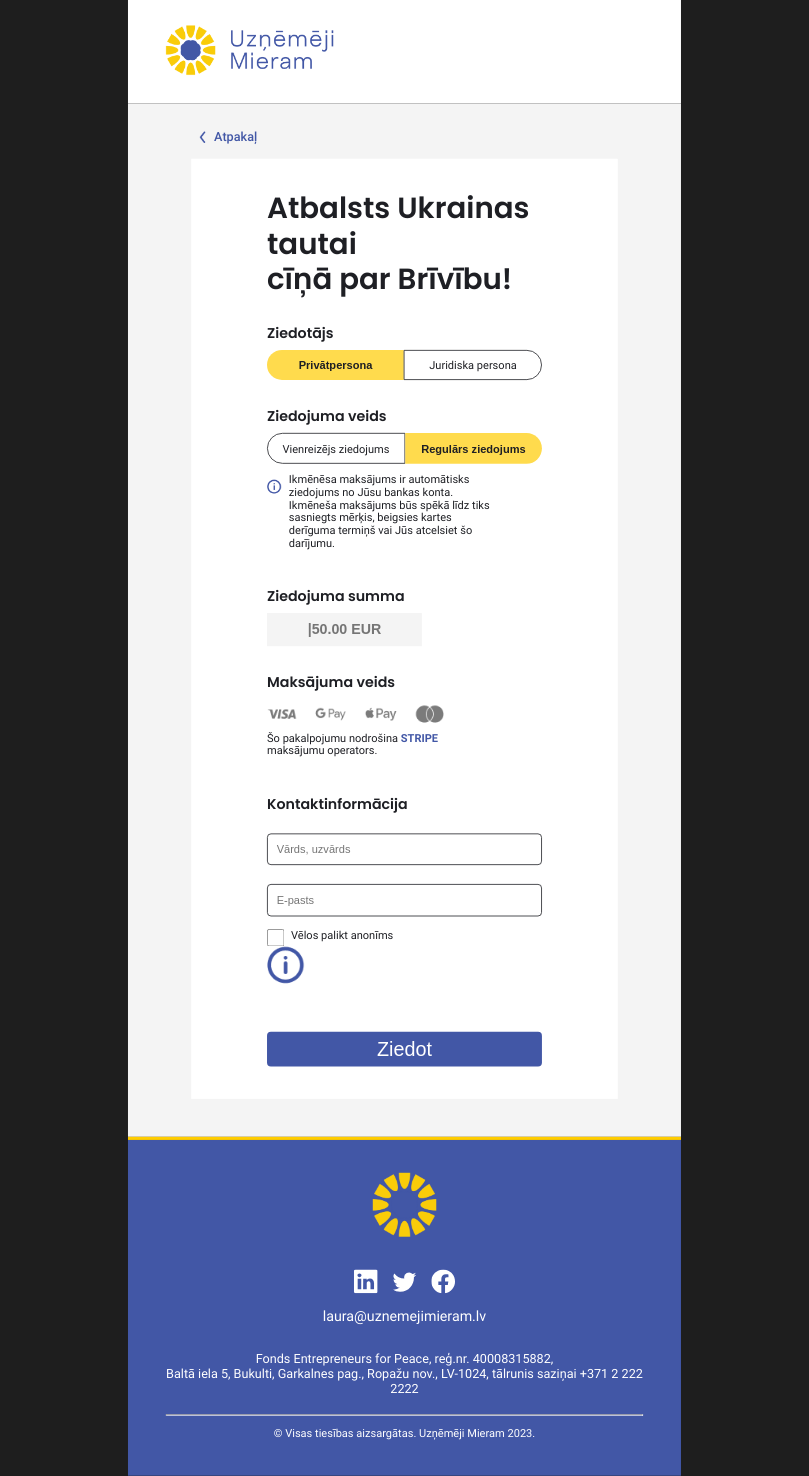
Repository: KatrinaPa/projekts_jul
Page: donate_Ukr-private-regular.html
An editor plug-in stored every save of this project. The page is shown before and after the next save, followed by the edit.
The browser window is 1024 px wide. The pictures show the whole page, at 79% of full size.

Above is the page before, as saved 2023-07-24 17:07:51.
Console error: TypeError: Cannot read properties of null (reading 'addEventListener')

After the next save:
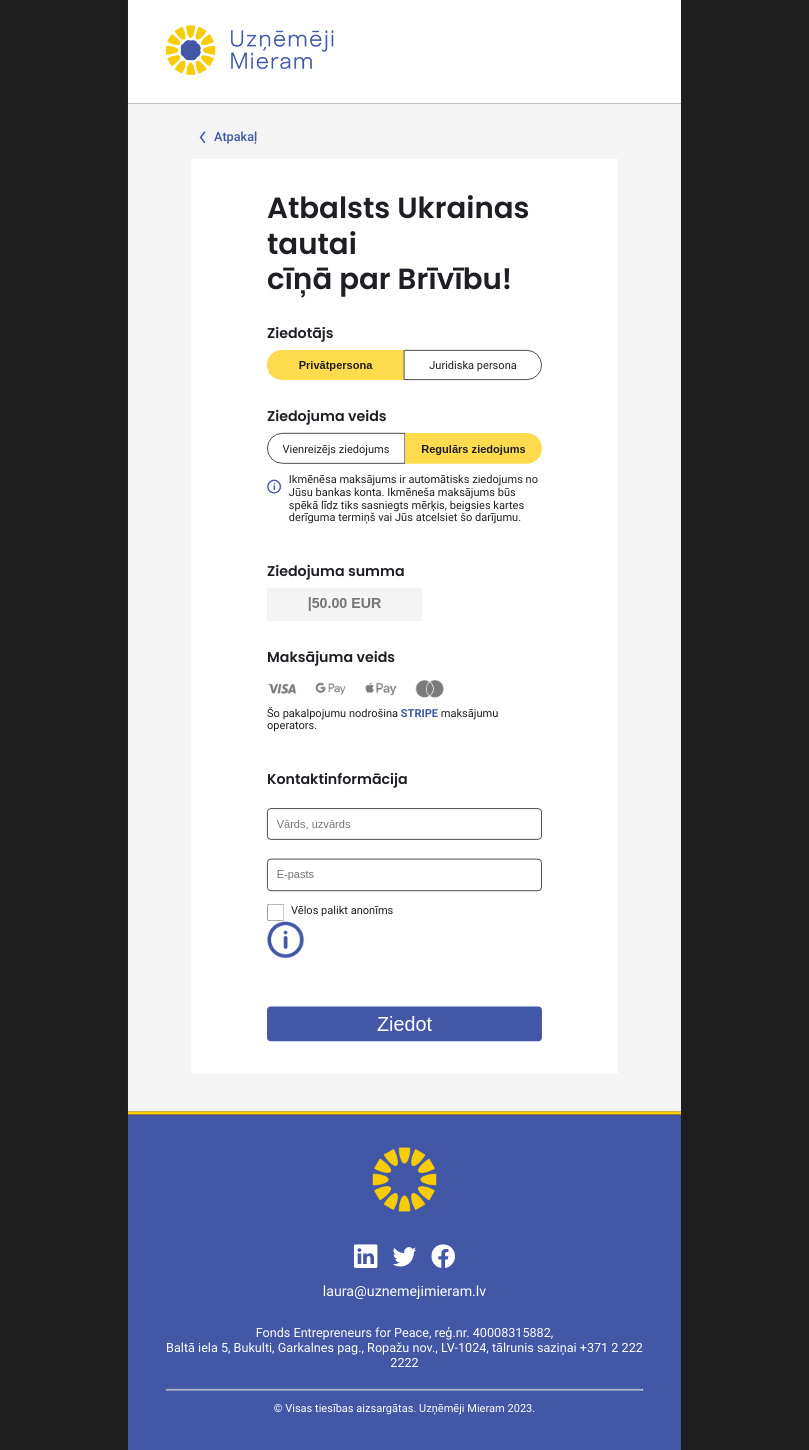
Saved 64 s later.
--- a/assets/donate-page.css
+++ b/assets/donate-page.css
@@ -247,6 +247,10 @@ h4 {
         padding: 0 6rem 0 6rem;
     }
 
+    .donation_type p {
+        width: 100%;
+    }
+
     .contact-details {
         padding: 0 6rem 0 6rem;
     }
